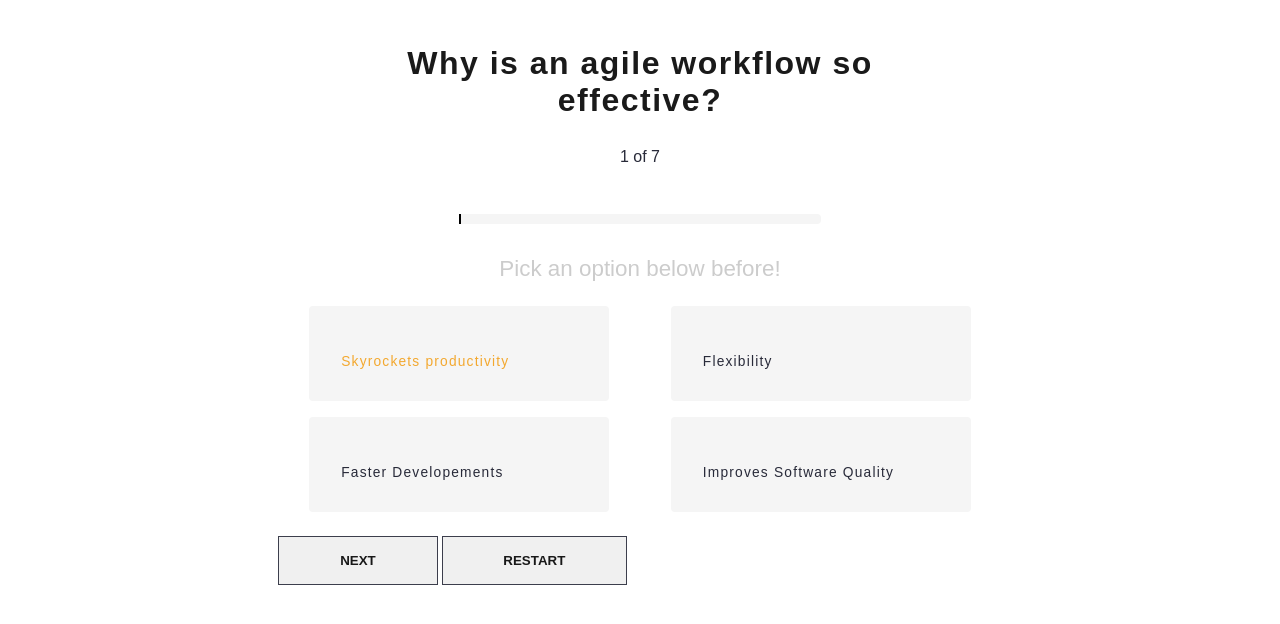
Repository: mukiSabljakovic/Quiz-APP
Page: index.html
An editor plug-in stored every save of this project. The page is shown before and after the next save, followed by the edit.
The browser window is 1280 px wide. The pictures show the whole page.
Some web fonts or font styles are not loaded; a fallback is used.

Above is the page before, as saved 2020-05-01 12:13:03.

After the next save:
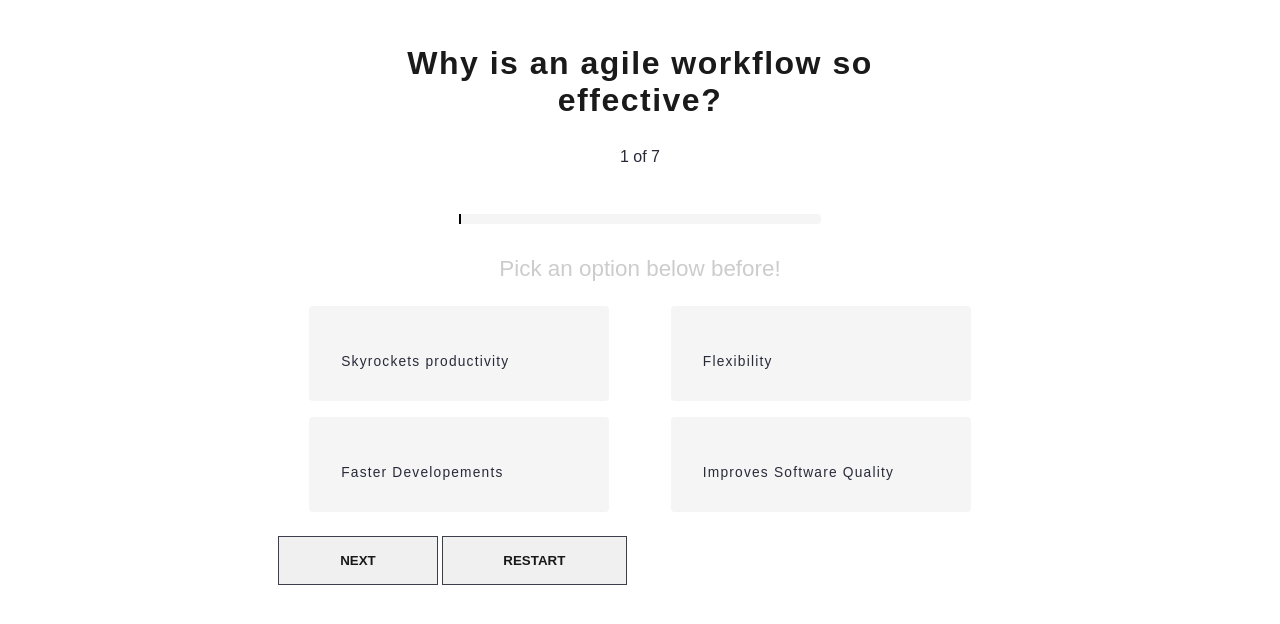
Saved 45 s later.
--- a/index.html
+++ b/index.html
@@ -28,7 +28,7 @@
                     <ul class="jabquiz__choices">
                         <!-- dynamically with js -->
                         <li class="jabquiz__choice">
-                            <input type="radio" name="choice" id="choice0" class="jabquiz__input" checked>
+                            <input type="radio" name="choice" id="choice0" class="jabquiz__input">
                             <label for="choice0" class="jabquiz__label">
                                 <i></i>
                                 Skyrockets productivity
